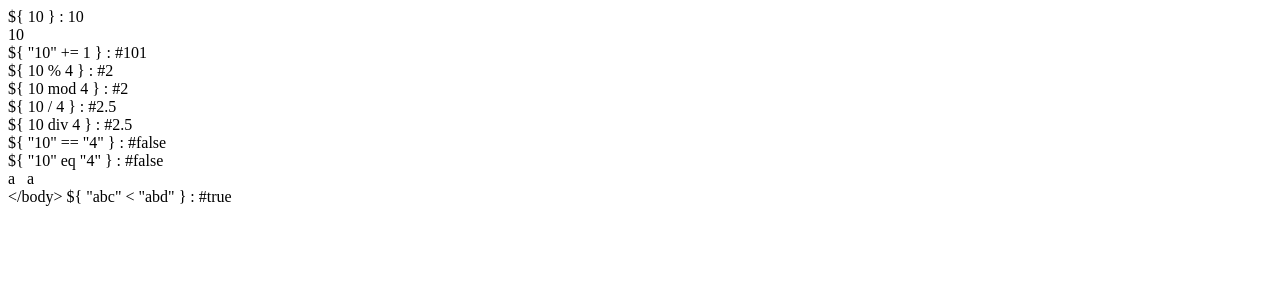
Repository: SeongYeonYun/HUMAN_SQL1
Page: http://localhost/proj4-jsp/el_3.jsp
The author's editor kept a copy of each file at every save. The page is drawn from the files as they stood at one save, then again after the next save.
The browser window is 1280 px wide. The pictures show the whole page.
The page is served by Tomcat 9.

Above is the page before, as saved 2025-08-22 01:11:05.

After the next save:
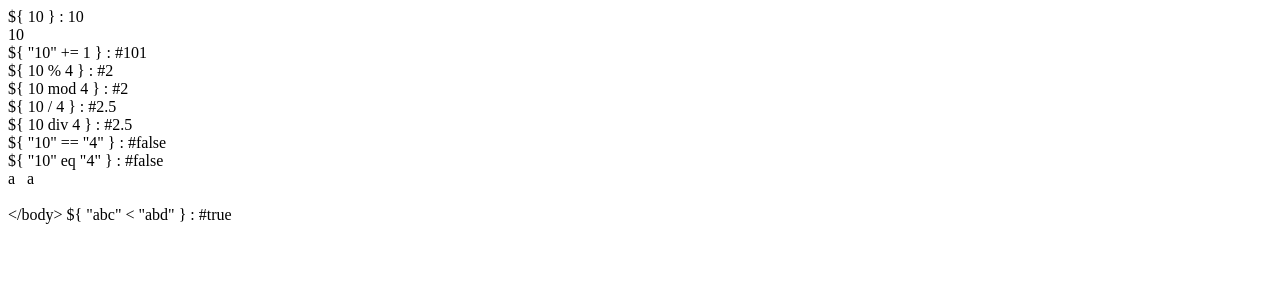
Saved 13 s later.
--- a/workspace_java/proj4-jsp/src/main/webapp/el_3.jsp
+++ b/workspace_java/proj4-jsp/src/main/webapp/el_3.jsp
@@ -28,7 +28,7 @@
 \${ 10 div 4 } : #${  10 div 4 } <br>
 \${ "10" == "4" } : #${  "10" == "4" } <br>
 \${ "10" eq "4" } : #${  "10" eq "4" } <br>
-a&nbsp;&nbsp; a<br>
+a&nbsp;&nbsp; a<br><br>
 
 &lt;/body&gt <!-- 태그 출력하는법 -->
 
